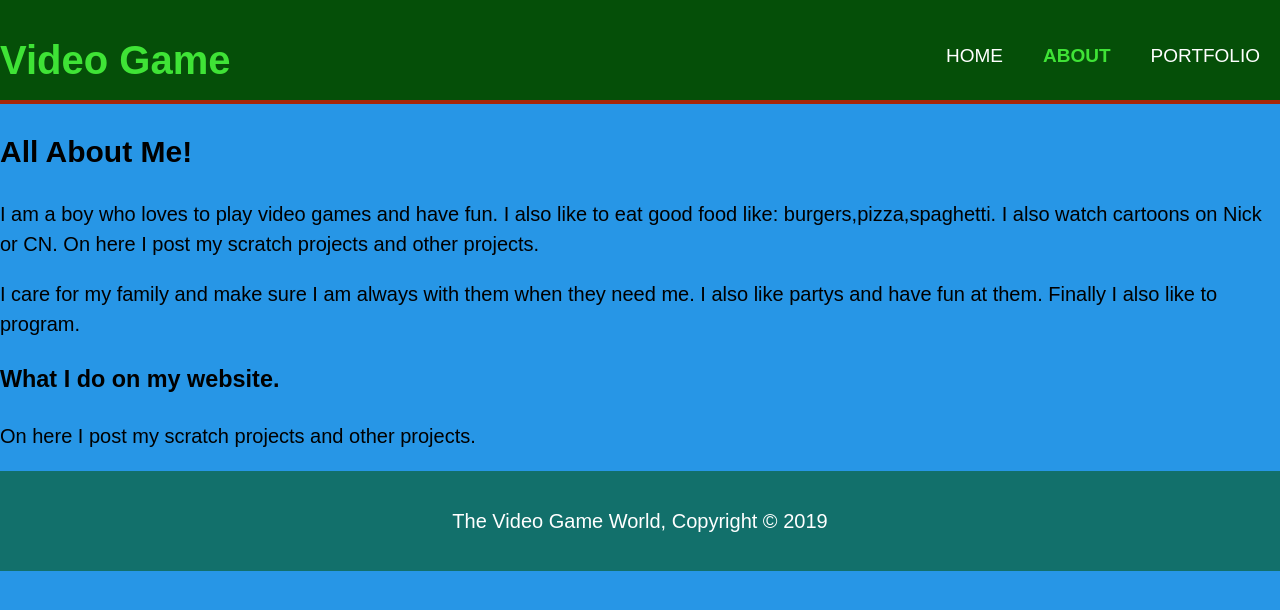
Repository: AndreeBroG/AndreeBroG.github.io
Page: about.html
The author's editor kept a record of every edit. The page is drawn from the files as they stood at one moment, then again after the next edit.
The browser window is 1280 px wide. The pictures show the whole page.

Above is the page before.

After the next edit:
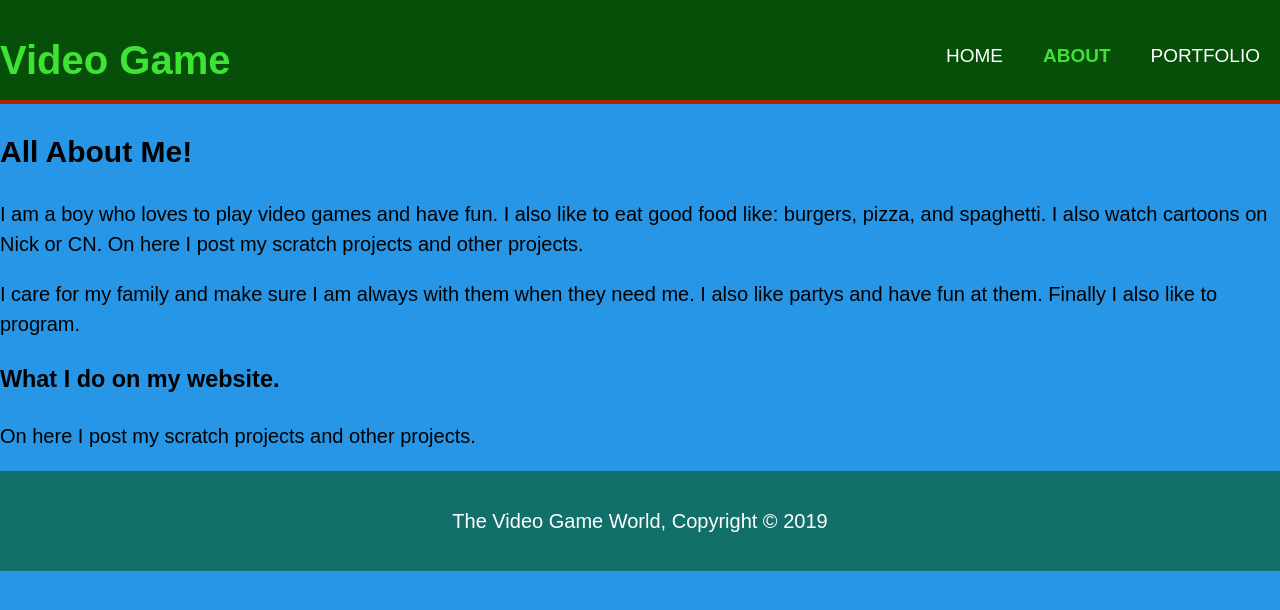
The edit:
--- a/about.html
+++ b/about.html
@@ -27,7 +27,7 @@
              <div class="mains">
                  <article id="mains">
                    <h1 class="the title">All About Me!</h1>
-                   <p> I am a boy who loves to play video games and have fun. I also like to eat good food like: burgers,pizza,spaghetti. I also watch cartoons on Nick or CN. On here I post my scratch projects and other projects.
+                   <p> I am a boy who loves to play video games and have fun. I also like to eat good food like: burgers, pizza, and spaghetti. I also watch cartoons on Nick or CN. On here I post my scratch projects and other projects.
                    </p>
                    <p> I care for my family and make sure I am always with them when they need me. I also like partys and have fun at them. Finally I also like to program.
 
